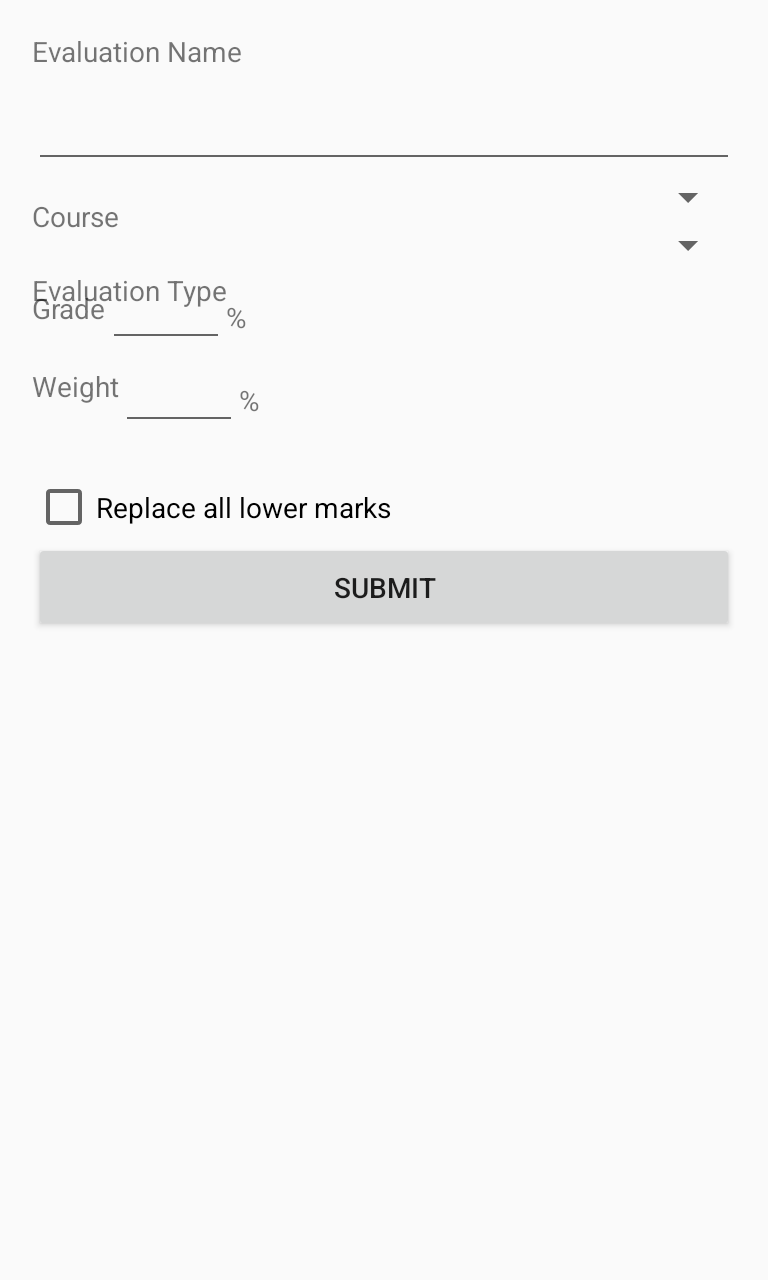
Repository: Tenergy05/GradePlanner
Layout: GradePlanner/res/layout/activity_add_mark.xml
These files come from the project's save history. The layout is drawn as it stood at one moment and after the next save; the edit follows.
It is drawn on a 768 x 1280 px phone screen (xhdpi) without system bars, with theme AppTheme; the app's code is not run.

Above is the layout before, as saved 2014-12-30 21:48:08.

### GradePlanner/res/layout/activity_add_mark.xml
<RelativeLayout xmlns:android="http://schemas.android.com/apk/res/android"
    xmlns:tools="http://schemas.android.com/tools"
    android:layout_width="match_parent"
    android:layout_height="match_parent"
    android:paddingBottom="@dimen/activity_vertical_margin"
    android:paddingLeft="@dimen/activity_horizontal_margin"
    android:paddingRight="@dimen/activity_horizontal_margin"
    android:paddingTop="@dimen/activity_vertical_margin"
    tools:context="com.example.gradeplanner.AddMarkActivity" >

    <TextView
        android:id="@+id/textView1"
        android:layout_width="wrap_content"
        android:layout_height="wrap_content"
        android:text="@string/eval_name" />

    <EditText
        android:id="@+id/editText1"
        android:layout_width="wrap_content"
        android:layout_height="wrap_content"
        android:layout_alignLeft="@+id/textView1"
        android:layout_alignParentRight="true"
        android:layout_below="@+id/textView1"
        android:layout_marginTop="10dp"
        android:inputType="text"
        android:ems="10" />

    <TextView
        android:id="@+id/textView2"
        android:layout_width="wrap_content"
        android:layout_height="wrap_content"
        android:layout_alignLeft="@+id/editText1"
        android:layout_below="@+id/editText1"
        android:layout_marginTop="12dp"
        android:text="@string/course" />

    <Spinner
        android:id="@+id/spinner1"
        android:layout_width="wrap_content"
        android:layout_height="wrap_content"
        android:layout_alignRight="@+id/editText1"
        android:layout_below="@+id/editText1"
        android:layout_toRightOf="@+id/textView2" />

    <TextView
        android:id="@+id/textView3"
        android:layout_width="wrap_content"
        android:layout_height="wrap_content"
        android:layout_alignLeft="@+id/textView2"
        android:layout_below="@+id/textView2"
        android:layout_marginTop="18dp"
        android:text="@string/eval_type" />

    <Spinner
        android:id="@+id/spinner2"
        android:layout_width="wrap_content"
        android:layout_height="wrap_content"
        android:layout_alignParentLeft="true"
        android:layout_alignParentRight="true"
        android:layout_below="@+id/spinner1" />

    <TextView
        android:id="@+id/textView4"
        android:layout_width="wrap_content"
        android:layout_height="wrap_content"
        android:layout_alignLeft="@+id/spinner2"
        android:layout_below="@+id/spinner2"
        android:layout_marginTop="10dp"
        android:text="@string/grade" />

    <EditText
        android:id="@+id/editText2"
        android:width="60dp"
        android:layout_width="wrap_content"
        android:layout_height="wrap_content"
        android:layout_toRightOf="@+id/textView4"
        android:layout_below="@+id/spinner2"
        android:ems="10"
        android:maxLength="3"
        android:inputType="number" />

    <TextView
        android:id="@+id/textView6"
        android:layout_width="wrap_content"
        android:layout_height="wrap_content"
        android:layout_alignBaseline="@+id/editText2"
        android:layout_alignBottom="@+id/editText2"
        android:layout_toRightOf="@+id/editText2"
        android:text="@string/percentage" />

    <TextView
        android:id="@+id/textView5"
        android:layout_width="wrap_content"
        android:layout_height="wrap_content"
        android:layout_alignLeft="@+id/textView4"
        android:layout_below="@+id/textView4"
        android:layout_marginTop="20dp"
        android:text="@string/weight" />

    <EditText
        android:id="@+id/editText3"
        android:layout_width="wrap_content"
        android:layout_height="wrap_content"
        android:layout_below="@+id/editText2"
        android:layout_toRightOf="@+id/textView5"
        android:width="60dp"
        android:maxLength="3"
        android:ems="10"
        android:inputType="number" />


    <TextView
        android:id="@+id/textView7"
        android:layout_width="wrap_content"
        android:layout_height="wrap_content"
        android:layout_alignBaseline="@+id/editText3"
        android:layout_alignBottom="@+id/editText3"
        android:layout_toRightOf="@+id/editText3"
        android:text="@string/percentage" />


    <CheckBox
        android:id="@+id/checkBox1"
        android:layout_width="wrap_content"
        android:layout_height="wrap_content"
        android:layout_alignLeft="@+id/textView5"
        android:layout_below="@+id/editText3"
        android:layout_marginTop="20dp"
        android:text="@string/special_type" />

    <Button
        android:id="@+id/button1"
        android:layout_width="wrap_content"
        android:layout_height="wrap_content"
        android:layout_alignParentLeft="true"
        android:layout_alignParentRight="true"
        android:layout_below="@+id/checkBox1"
        android:text="@string/submit" />


</RelativeLayout>

### GradePlanner/res/values/strings.xml
<?xml version="1.0" encoding="utf-8"?>
<resources>

    <string name="app_name">Grade Planner</string>
    <string name="add_course">Add Course</string>
    <string name="course">Course</string>
    <string name="grade">Grade</string>
    <string name="goal">Goal</string>
    <string name="weight">Weight</string>
    <string name="action_settings">Settings</string>
    <string name="title_activity_add_course">Add Course</string>
    <string name="course_code">Course Code</string>
    <string name="grade_goal">Course Goal</string>
    <string name="add_mark">Add Mark</string>
    <string name="percentage">%</string>
    <string name="submit">Submit</string>
    <string name="title_activity_add_mark">Add Mark</string>
    <string name="eval_name">Evaluation Name</string>
    <string name="eval_type">Evaluation Type</string>
    <string name="special_type">Replace all lower marks</string>

</resources>

Loaded but not shown: GradePlanner/res/values/styles.xml (common file); GradePlanner/res/values-v11/styles.xml (common file); GradePlanner/res/values-v14/styles.xml (common file); GradePlanner/res/values/dimens.xml (common file); GradePlanner/res/values-w820dp/dimens.xml (common file)

After the next save:
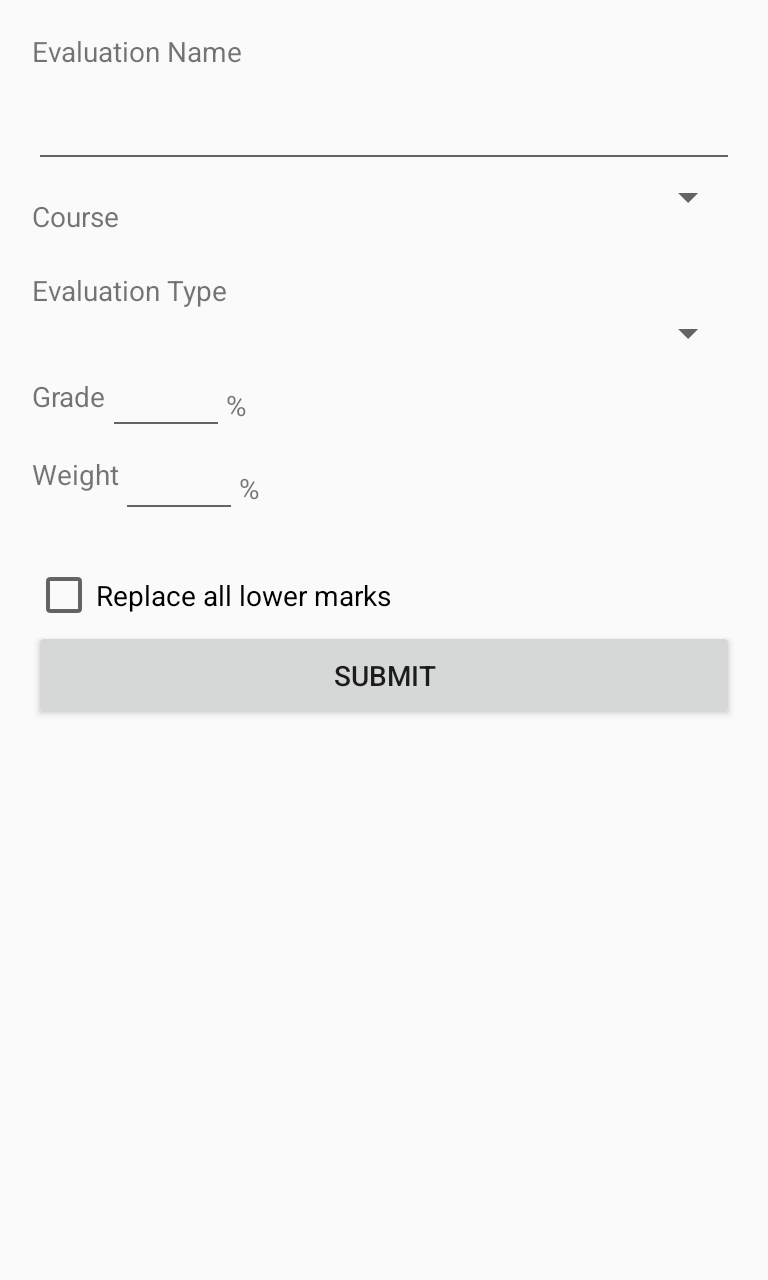
Saved 2 min 12 s later.
--- a/GradePlanner/res/layout/activity_add_mark.xml
+++ b/GradePlanner/res/layout/activity_add_mark.xml
@@ -57,7 +57,7 @@
         android:layout_height="wrap_content"
         android:layout_alignParentLeft="true"
         android:layout_alignParentRight="true"
-        android:layout_below="@+id/spinner1" />
+        android:layout_below="@+id/textView3" />
 
     <TextView
         android:id="@+id/textView4"
